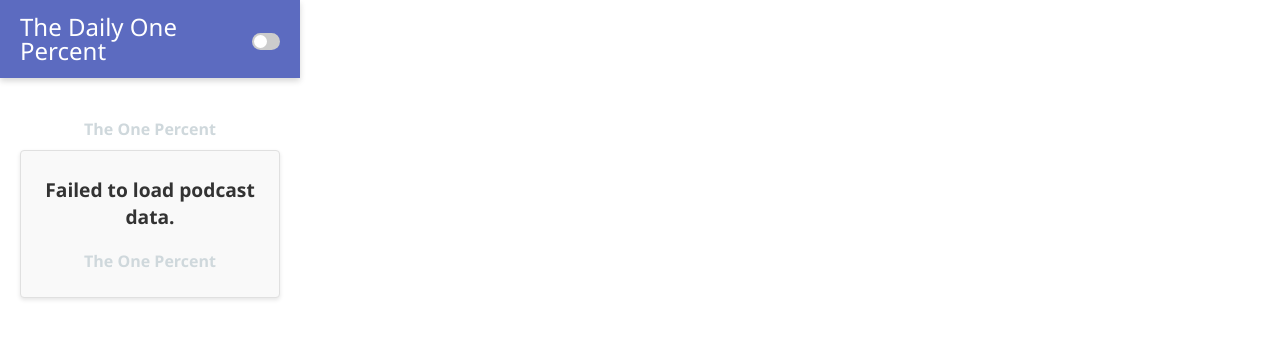
Repository: fechinmitchell/thedailyonepercent
Page: popup.html
These files come from the project's save history. The page is drawn as it stood at one moment and after the next save; the edit follows.
The browser window is 1280 px wide. The pictures show the whole page.
The page's requests for data from a server got no answer.

Above is the page before, as saved 2023-12-22 11:10:47.

### popup.html
<!DOCTYPE html>
<html lang="en">
<head>
  <meta charset="UTF-8">
  <title>The Daily One Percent Extension</title>
  <link rel="stylesheet" type="text/css" href="popup.css">
</head>
<body>
  <!-- Header section with title and dark mode toggle -->
  <div class="header">
    <h1>The Daily One Percent</h1>
    <div class="toggle-switch">
      <input type="checkbox" id="dark-mode-checkbox" class="checkbox">
      <label class="slider round" for="dark-mode-checkbox"></label>
    </div>
  </div>

  <!-- Main content section -->
  <div class="content">
    <!-- Heading for the podcast points -->
    <h2 class="section-heading">The One Percent</h2>

    <!-- Podcast card content -->
    <div id="podcast-card">
      <!-- Podcast image -->
      <!-- Podcast title and points -->
      <div id="podcast"></div>
      <h3 class="section-heading">The One Percent</h3>
      <div id="podcast-points"></div>
    </div>
  </div>

  <script src="popup.js"></script>
</body>
</html>

### popup.css
/* General styles */
body {
  width: 300px;
  min-height: 300px;
  margin: 0;
  padding: 0;
  background-color: #fff;
  font-family: 'Segoe UI', Tahoma, Geneva, Verdana, sans-serif;
  color: #333;
  display: flex;
  flex-direction: column;
  border-radius: 8px;
  overflow: hidden;
}

/* Header styles */
.header {
  background-color: #5C6BC0; /* Pleasant purple header color */
  color: #fff;
  padding: 15px 20px;
  display: flex;
  justify-content: space-between; /* Align title and toggle switch */
  align-items: center; /* Align items vertically */
  box-shadow: 0 3px 6px rgba(0,0,0,0.16);
}

.header h1 {
  margin: 0;
  font-size: 1.5em;
  font-weight: normal;
  line-height: 1; /* Align with the toggle vertically */
}

/* Content area styles */
.content {
  padding: 20px;
  flex-grow: 1;
}

/* Podcast card styles */
#podcast-card {
  background-color: #f9f9f9;
  border: 1px solid #e0e0e0;
  border-radius: 4px;
  padding: 15px;
  text-align: center;
  box-shadow: 0 2px 4px rgba(0,0,0,0.1);
  margin-top: 10px;
}

#podcast-image {
  max-width: 100%;
  height: auto;
  border-radius: 4px;
  box-shadow: 0 2px 4px rgba(0,0,0,0.1);
  margin-bottom: 10px;
}

#podcast {
  font-size: 1.2em;
  color: #333;
  margin-top: 10px;
  font-weight: bold;
}

#podcast-points {
  font-size: 0.9em;
  color: #666;
  margin-top: 10px;
}

/* Toggle switch styles */
.toggle-switch {
  margin-left: auto; /* Pushes the toggle to the far right */
  width: 30px; /* Half the original width */
  height: 17px; /* Half the original height */
}

.checkbox {
  visibility: hidden;
}

.slider {
  position: relative;
  top: -20px;
  display: inline-block;
  width: 100%;
  height: 100%;
  background-color: #ccc;
  border-radius: 17px;
  transition: background-color 0.2s;
}

.slider:before {
  content: "";
  position: absolute;
  height: 13px; /* Half the original height */
  width: 13px; /* Half the original width */
  left: 2px;
  bottom: 2px;
  background-color: white;
  border-radius: 50%;
  transition: transform 0.2s;
}

.checkbox:checked + .slider {
  background-color: #2196F3;
}

.checkbox:checked + .slider:before {
  transform: translateX(13px); /* Half the original translation */
}

/* Dark mode specific styles */
.dark-mode {
  background-color: #263238;
  color: #B0BEC5;
}

.dark-mode .header {
  background-color: #37474F;
}

.dark-mode #podcast-card {
  background-color: #455A64;
  border-color: #546E7A;
}

.dark-mode #podcast-points {
  color: #CFD8DC;
}

.section-heading {
  font-size: 1em;
  color: #CFD8DC;
  margin-top: 20px;
  margin-bottom: 10px;
  text-align: center;
}

### popup.js
// Function to toggle dark mode
function toggleDarkMode() {
    var body = document.body;
    body.classList.toggle('dark-mode'); // Toggle the .dark-mode class on the body

    // Save the current theme preference to local storage
    var isDarkMode = body.classList.contains('dark-mode');
    localStorage.setItem('theme', isDarkMode ? 'dark' : 'light');
  }

  // Set the initial theme on page load based on the saved preference
  document.addEventListener('DOMContentLoaded', function() {
    var darkModeCheckbox = document.getElementById('dark-mode-checkbox');
    var currentTheme = localStorage.getItem('theme');

    // Set the dark mode based on the saved setting
    if (currentTheme === 'dark') {
      document.body.classList.add('dark-mode');
      darkModeCheckbox.checked = true;
    }

    // Event listener for the dark mode toggle
    darkModeCheckbox.addEventListener('change', toggleDarkMode);

    // Fetch the podcast data and update the DOM
    var date = new Date();
    var dateString = date.toISOString().slice(0,10); // "YYYY-MM-DD"
    var podcastElement = document.getElementById('podcast');
    var podcastPointsElement = document.getElementById('podcast-points');

    fetch('https://raw.githubusercontent.com/fechinmitchell/thedailyonepercent/main/podcast-data.json')
      .then(response => response.json())
      .then(data => {
        var podcast = data[dateString];
        if (podcast && podcast.name && podcast.link && podcast.keyPoints) {
          var link = document.createElement('a');
          link.href = podcast.link;
          link.target = "_blank";
          link.innerText = podcast.name;
          podcastElement.appendChild(link);

          // Removed the line that sets the podcast image src
          podcastPointsElement.innerText = podcast.keyPoints;
        } else {
          podcastElement.innerText = 'No podcast for today.';
          // Removed the line that sets a placeholder image
        }
      })
      .catch(error => {
        console.error('Failed to parse podcast data', error);
        podcastElement.innerText = 'Failed to load podcast data.';
      });
  });

After the next save:
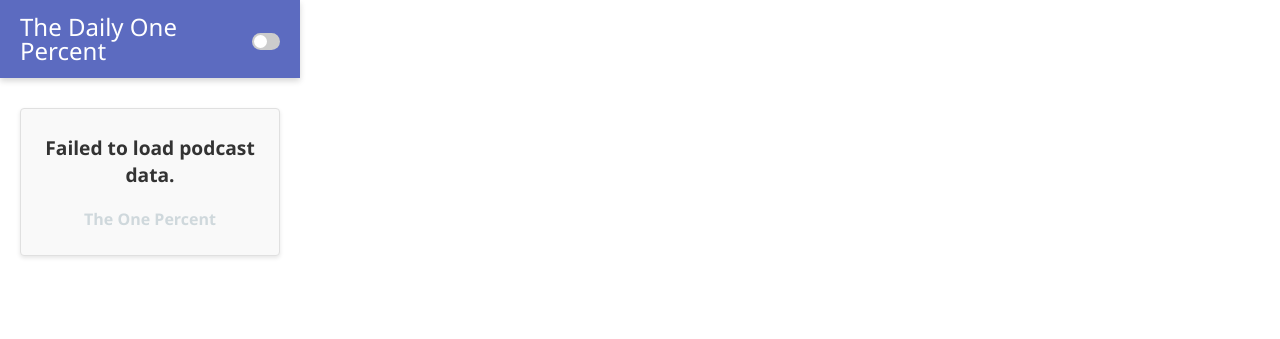
Saved 17 s later.
--- a/popup.html
+++ b/popup.html
@@ -18,7 +18,6 @@
   <!-- Main content section -->
   <div class="content">
     <!-- Heading for the podcast points -->
-    <h2 class="section-heading">The One Percent</h2>
 
     <!-- Podcast card content -->
     <div id="podcast-card">
